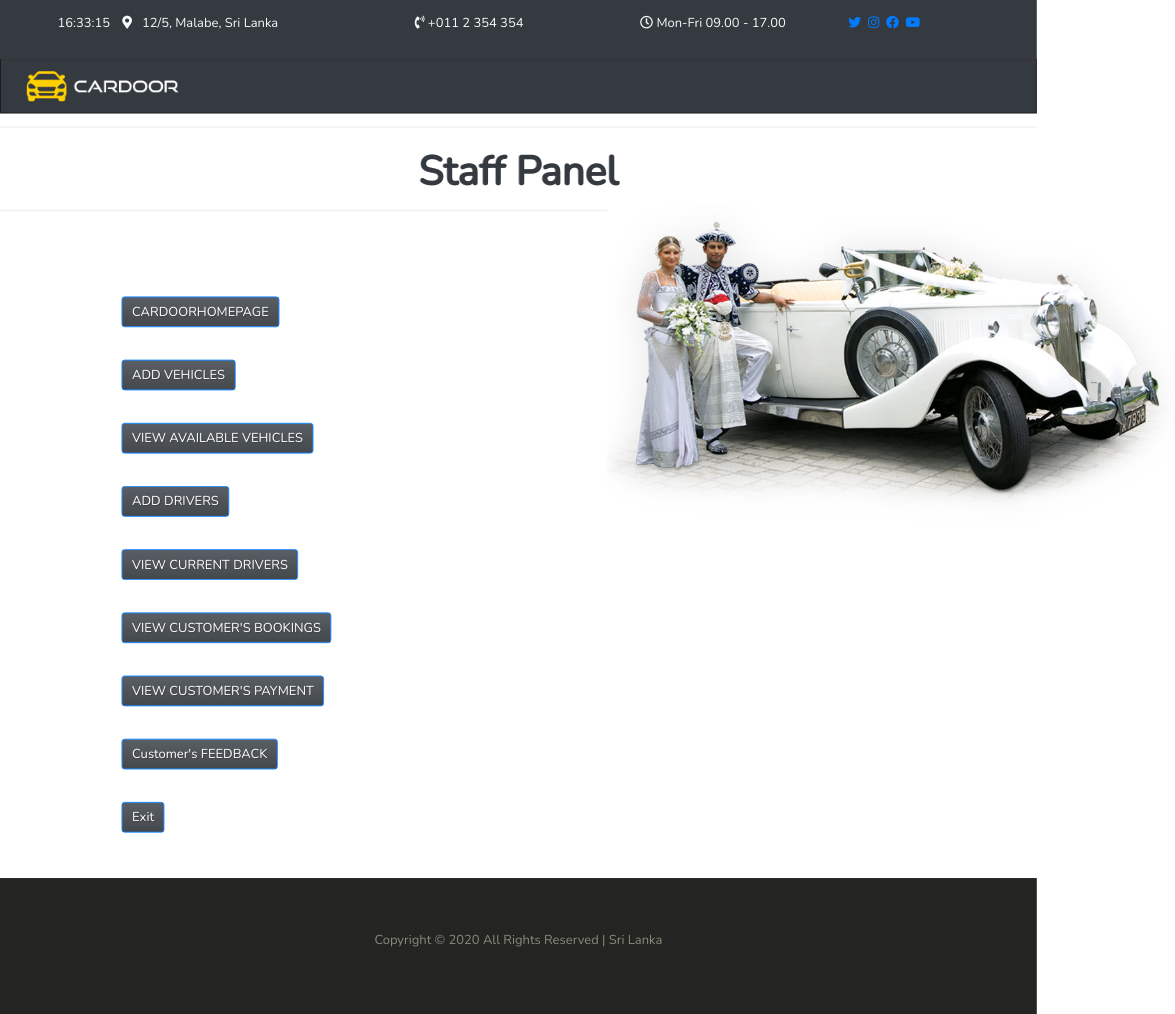
Repository: NipunLakshan99/Cardoor
Page: http://localhost/RentCar/StaffMenu.jsp
These files come from the project's save history. The page is drawn as it stood at one moment and after the next save; the edit follows.
The browser window is 1280 px wide. The page is 1450 px wide, so the pictures cover 1450 px, including what lies to the right of the window. The pictures show the whole page, at 81% of full size.
Some web libraries are served in a nearby version. The page is served by Tomcat 9. Other server files are loaded and not shown.

Above is the page before, as saved 2020-05-13 11:22:38.

### RentCar/WebContent/StaffMenu.jsp
<%@ page language="java" contentType="text/html; charset=ISO-8859-1"
    pageEncoding="ISO-8859-1"%>
<!DOCTYPE html>
<html>
<head>
<meta charset="ISO-8859-1">
<meta http-equiv="Content-Type" content="text/html; charset=ISO-8859-1">
		<link rel="stylesheet" href="https://stackpath.bootstrapcdn.com/bootstrap/4.3.1/css/bootstrap.min.css" integrity="sha384-ggOyR0iXCbMQv3Xipma34MD+dH/1fQ784/j6cY/iJTQUOhcWr7x9JvoRxT2MZw1T" crossorigin="anonymous">
		<link rel="stylesheet" href="https://bootswatch.com/4/slate/bootstrap.min.css" >
        <link rel="stylesheet" href="https://stackpath.bootstrapcdn.com/bootstrap/4.3.1/css/bootstrap.min.css" integrity="sha384-ggOyR0iXCbMQv3Xipma34MD+dH/1fQ784/j6cY/iJTQUOhcWr7x9JvoRxT2MZw1T" crossorigin="anonymous">
        <link href="https://fonts.googleapis.com/css?family=Nunito" rel="stylesheet">
        <link rel="stylesheet" href="https://use.fontawesome.com/releases/v5.8.2/css/all.css" integrity="sha384-oS3vJWv+0UjzBfQzYUhtDYW+Pj2yciDJxpsK1OYPAYjqT085Qq/1cq5FLXAZQ7Ay" crossorigin="anonymous">
        <link rel="stylesheet" href="CSS/stylesheet.css">
        <link rel="shortcut icon" href="CSS/favicon.ico" type="image/x-icon" />

<title>Staff Home</title>
</head>
<style>
 body{
  font-family: 'Nunito';
 }
 </style>
<title>Insert title here</title>
<body onload="startTime()">
<!--- Clock Display ------>
        <script>
            function startTime() {
                var today = new Date();
                var h = today.getHours();
                var m = today.getMinutes();
                var s = today.getSeconds();
                m = checkTime(m);
                s = checkTime(s);
                document.getElementById('txt').innerHTML =
                        h + ":" + m + ":" + s;
                var t = setTimeout(startTime, 500);
            }
            function checkTime(i) {
                if (i < 10) {
                    i = "0" + i
                }
                ;  // add zero in front of numbers < 10
                return i;
            }
        </script>

        <!------------------------------->


        <div class="preloader bg-dark text-light" >
            <div class="preloader-spinner" >


                <div id="header-top" class="d-none d-xl-block">
                    <div class="container">
                        <div class="row">

                            <div class="loader-content">
                                <!--<img src="CSS/img/preloader.gif">-->
                                <p id="txt"></p>

                            </div>

                            <div class="col-lg-3 text-left ">
                                <i class="fas fa-map-marker-alt"></i> &nbsp; 12/5, Malabe, Sri Lanka
                            </div>&nbsp;&nbsp;&nbsp;&nbsp;

                            <div class="col-lg-3 text-center">
                                <i class="fas fa-phone-volume"></i> +011 2 354 354
                            </div>&nbsp;&nbsp;&nbsp;&nbsp;

                            <div class="col-lg-3 text-center">
                                <i class="far fa-clock"></i> Mon-Fri 09.00 - 17.00
                            </div>&nbsp;&nbsp;&nbsp;&nbsp;&nbsp;&nbsp;


                            <div class="header-social-icons text-right">
                                <a href="#"><i class="fab fa-twitter"></i></a>&nbsp;
                                <a href="#"><i class="fab fa-instagram"></i></a>&nbsp;
                                <a href="#"><i class="fab fa-facebook"></i></a>&nbsp;
                                <a href="#"><i class="fab fa-youtube"></i></a>&nbsp;
                            </div>
                        </div>
                    </div>
                </div>
            </div>
        </div>
	 <nav class="navbar navbar-expand-lg navbar-dark bg-dark">
	 <div class="col-lg-4">
                        <a href="index.html" class="logo">
                            <img src="CSS/img/logo.png" alt="JSOFT">
                        </a>
                    </div>
  		<div class="collapse navbar-collapse" id="navbarColor02">
    	<ul class="navbar-nav mr-auto">
        <li class="nav-item active">

  		</div>
		</nav>
        <!-- /.row -->
        <section>

            <hr>
            <h1 class="page-header text-center text-dark"><b>Staff Panel</b></h1>
            <hr>

	<h1 style="color: #ffffff; margin-left: 580px;"></h1><br/><br/><br/>



	 <div class="btn-group-vertical" data-toggle="buttons">
 		 <a href="Home.jsp"><button type="button" class="btn btn-primary">CARDOORHOMEPAGE</button></a><br/>
 		 <a href="viewvehicles.jsp"><button type="button" class="btn btn-primary">ADD VEHICLES</button></a><br/>
 		 <a href="viewvehicles.jsp"><button type="button" class="btn btn-primary">VIEW AVAILABLE VEHICLES</button></a><br/>
 		 <a href="viewdrivers.jsp"><button type="button" class="btn btn-primary">ADD DRIVERS</button></a><br/>
  		 <a href="viewdrivers.jsp"><button type="button" class="btn btn-primary">VIEW CURRENT DRIVERS</button></a><br/>
  		 <a href="viewbookings.jsp"><button type="button" class="btn btn-primary">VIEW CUSTOMER'S BOOKINGS</button></a><br/>
  		 <a href="viewbookings.jsp"><button type="button" class="btn btn-primary">VIEW CUSTOMER'S PAYMENT</button></a><br/>
 		 <a href="#"><button type="button" class="btn btn-primary">Customer's FEEDBACK</button></a><br/>
 		 <a href="Home.jsp"><button type="button" class="btn btn-primary">Exit</button></a>

	 </div>
	 <div class="wed">
	 <img src="CSS/img/vehicle/wedding.jpg" width="700" height="400" class="img"/>
	 </div>
	 <br/>
	 <br/>

 	<section id="adddriver" class="py-5" style=" background-color: #242422;">
		<div class="footer-bottom-area">
        	<div class="container">
           		 <div class="row">
               		 <div class="col-lg-12 text-center">
                    	<p style="color: #8a8a7c;">Copyright &copy; <script>document.write(new Date().getFullYear());</script> All Rights Reserved | Sri Lanka</p>
               		 </div>
            	 </div>
            </div>
        </div>


        </section>
</body>
</html>

### RentCar/WebContent/CSS/stylesheet.css
.btn-group-vertical{

  margin-left: 150px;
}

.align text-light{
	color:black;

}

.bg-light{
	border: 1px solid 	#000000;
    margin-bottom: 25px;
}

.btn-group-vertical input[type=button]{
	width: 100%;
	height: 30px;
 	position: relative;
 	margin-left: 150px;
	}

.adddriverform{
	margin-left: 150px;
}

.viewdrivers{
	margin-left: 150px;
}

.editdriverform{
	margin-left: 150px;
}




.loginform{
		width: 100%;
  		padding: 12px 20px;
  		margin: 8px 0;
  		display: inline-block;
  		border: 1px solid #cc;
  		background: #f1f1f1;
  		box-sizing: border-box;
}

.userimg{
	margin-left:1000px;
}

.adminlogin{
	width:50%;
	margin-left: 350px;
}

.feedbackform{
	margin-left: 150px;
}

#message {
  display:none;
  background: #f1f1f1;
  color: #000;
  position: relative;
  padding: 20px;
  margin-top: 10px;
}

#message p {
  padding: 10px 35px;
  font-size: 18px;
}


.wed img{
	position:absolute;
	left:700px;
	margin-left: 50px;
	top:250px;

}

.loginbox{
    width: 320px;
    height: 420px;
    background: #000;
    color: #fff;
    top: 50%;
    left: 50%;
    position: absolute;
    transform: translate(-50%,-50%);
    box-sizing: border-box;
    padding: 70px 30px;
}

.avatar{
    width: 100px;
    height: 100px;
    border-radius: 50%;
    position: absolute;
    top: -50px;
    left: calc(50% - 50px);
}

.loginbox h1{
    margin: 0;
    padding: 0 0 20px;
    text-align: center;
    font-size: 22px;
}

.loginbox p{
    margin: 0;
    padding: 0;
    font-weight: bold;
}

.loginbox input{
    width: 100%;
    margin-bottom: 20px;
}

.loginbox input[type="text"], input[type="password"]
{
    border: none;
    border-bottom: 1px solid #fff;
    background: transparent;
    outline: none;
    height: 40px;
    color: #fff;
    font-size: 16px;
}

.loginbox input[type="password"]
{
	 border: none;
    border-bottom: 1px solid #fff;
    background: transparent;
    outline: none;
    height: 40px;
    color: #fff;
    font-size: 16px;
}
.loginbox input[type="submit"]
{
    border: none;
    outline: none;
    height: 40px;
    background: #fb2525;
    color: #fff;
    font-size: 18px;
    border-radius: 20px;
}
.loginbox input[type="submit"]:hover
{
    cursor: pointer;
    background: #ffc107;
    color: #000;
}
.loginbox a{
    text-decoration: none;
    font-size: 12px;
    line-height: 20px;
    color: darkgrey;
}

.loginbox a:hover
{
    color: #ffc107;
}

.footer {
  position: fixed;
  left: 0;
  bottom: 0;
  width: 100%;
   height: 10%;
  background-color: #242422;
  color: white;
  text-align: center;
}

h1{
	text-align: center;
    font-size: 50px;
}

* {box-sizing: border-box}
/* Full-width input fields */
  input[type=text], input[type=password] {
  width: 100%;
  padding: 15px;
  margin: 5px 0 22px 0;
  display: inline-block;
  border: none;
  background: #f1f1f1;
}

/* Add a background color when the inputs get focus */
input[type=text]:focus, input[type=password]:focus {
  background-color: #ddd;
  outline: none;
}

/* Set a style for all buttons */
button {
  background-color: #4CAF50;
  color: white;
  padding: 14px 20px;
  margin: 8px 0;
  border: none;
  cursor: pointer;
  width: 100%;
  opacity: 0.9;
}

button:hover {
  opacity:1;
}

/* Extra styles for the cancel button */
.cancelbtn {
  padding: 14px 20px;
  background-color: #f44336;
}

/* Float cancel and signup buttons and add an equal width */
.cancelbtn, .signupbtn {
  float: left;
  width: 50%;
}

/* Add padding to container elements */
.container {
  padding: 16px;
}

/* The Modal (background) */
.modal {
  display: none; /* Hidden by default */
  position: fixed; /* Stay in place */
  z-index: 1; /* Sit on top */
  left: 0;
  top: 0;
  width: 100%; /* Full width */
  height: 100%; /* Full height */
  overflow: auto; /* Enable scroll if needed */
  background-color: #474e5d;
  padding-top: 50px;
}

/* Modal Content/Box */
.modal-content {
  background-color: #fefefe;
  margin: 5% auto 15% auto; /* 5% from the top, 15% from the bottom and centered */
  border: 1px solid #888;
  width: 80%; /* Could be more or less, depending on screen size */
}

/* Style the horizontal ruler */
hr {
  border: 1px solid #f1f1f1;
  margin-bottom: 25px;
}

/* The Close Button (x) */
.close {
  position: absolute;
  right: 35px;
  top: 15px;
  font-size: 40px;
  font-weight: bold;
  color: #f1f1f1;
}

.close:hover,
.close:focus {
  color: #f44336;
  cursor: pointer;
}

/* Clear floats */
.clearfix::after {
  content: "";
  clear: both;
  display: table;
}

/* Change styles for cancel button and signup button on extra small screens */
@media screen and (max-width: 300px) {
  .cancelbtn, .signupbtn {
    width: 100%;
  }
}

After the next save:
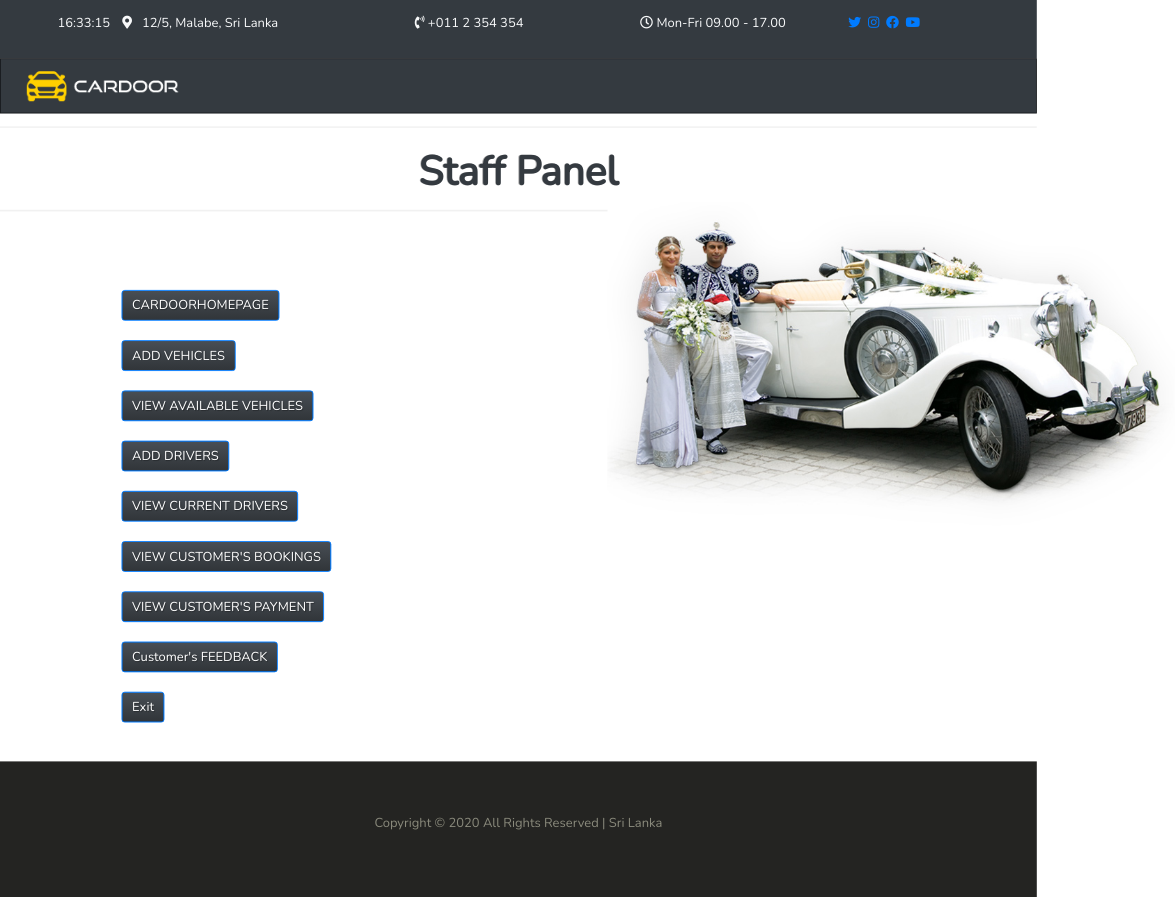
Saved 104 s later.
--- a/RentCar/WebContent/CSS/stylesheet.css
+++ b/RentCar/WebContent/CSS/stylesheet.css
@@ -204,7 +204,7 @@
 }
 
 /* Set a style for all buttons */
-button {
+.clearfix button {
   background-color: #4CAF50;
   color: white;
   padding: 14px 20px;

After the 2 saves that followed:
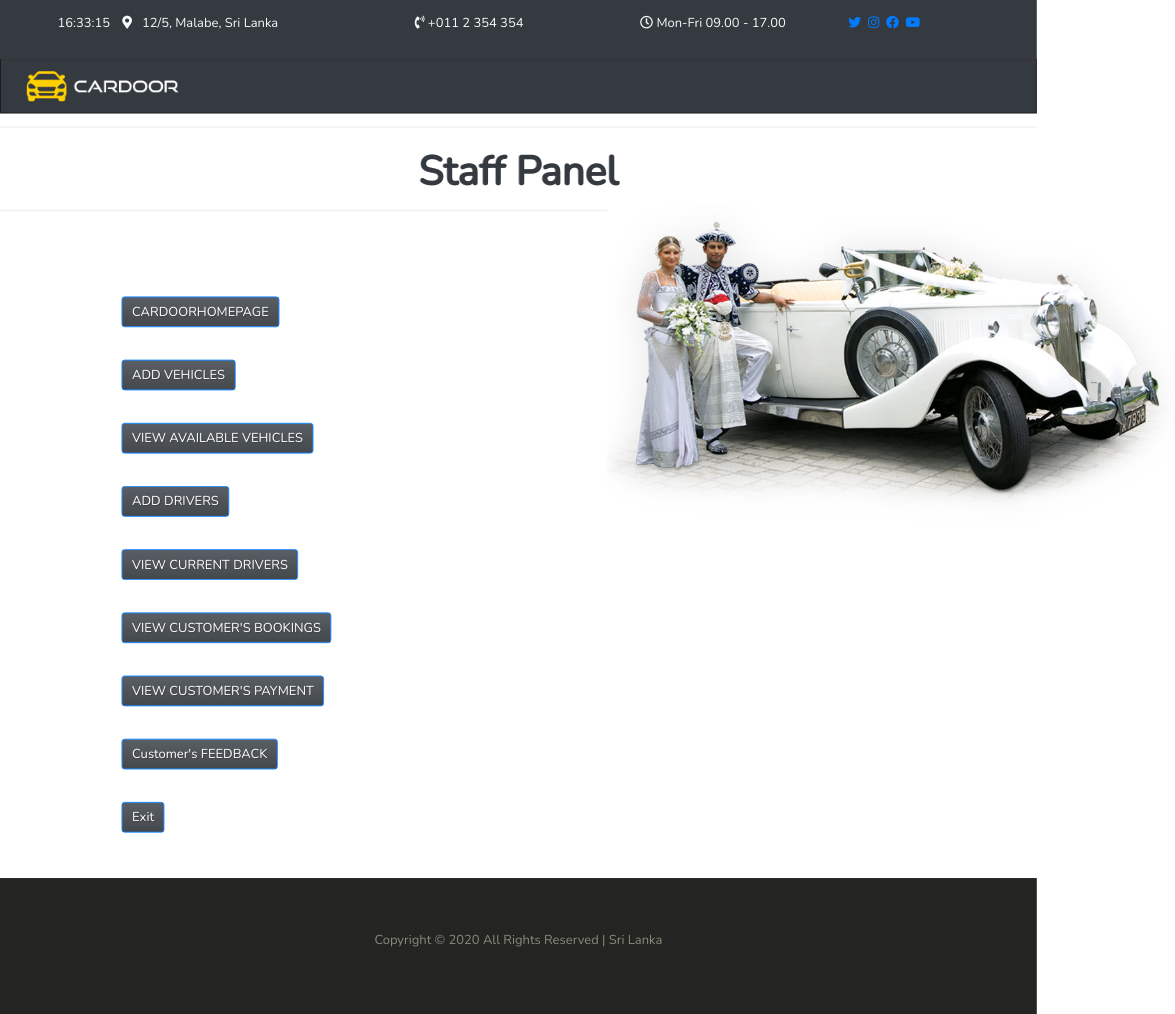
The 2 saves are shown as one change because 1 left the picture as it was.
The last was saved 118 s later.
--- a/RentCar/WebContent/CSS/stylesheet.css
+++ b/RentCar/WebContent/CSS/stylesheet.css
@@ -204,7 +204,7 @@
 }
 
 /* Set a style for all buttons */
-.clearfix button {
+ button {
   background-color: #4CAF50;
   color: white;
   padding: 14px 20px;
